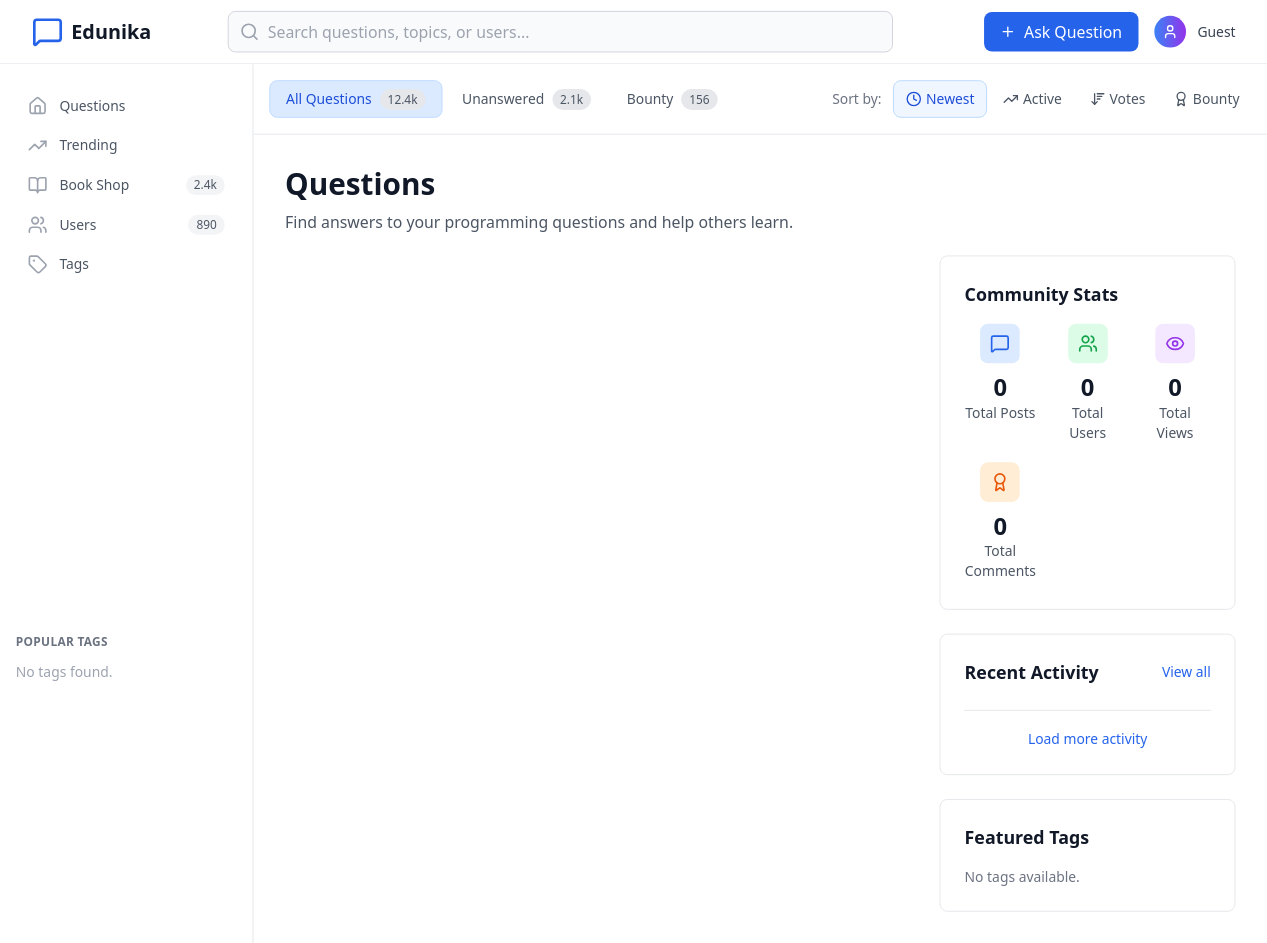
Repository: Ruddro420/forum-front-end
Page: /questions
An editor plug-in stored every save of this project. The page is shown before and after the next save, followed by the edit.
The browser window is 1280 px wide. The pictures show the whole page, at 99% of full size.
The page's requests for data from a server got no answer. The project was rebuilt for these pictures with package versions that can differ from the ones it lists, and the page was loaded fresh each time. No one was signed in, and anything a server would have sent is missing. Also part of the build but not shown: vite.config.js, src/Pages/Home.jsx, src/components/Question/QuestionCard.jsx, src/components/Question/AddQuestionSidebar.jsx, src/Pages/AskQuestion.jsx, src/Pages/ShopPage.jsx, src/Pages/QuestionDetail.jsx, src/Pages/ChatInterface.jsx and 6 more.

Above is the page before, as saved 2025-08-07 01:30:44.

### index.html
<!doctype html>
<html lang="en" data-theme="light">
  <head>
    <meta charset="UTF-8" />
    <link rel="icon" type="image/svg+xml" href="/vite.svg" />
    <meta name="viewport" content="width=device-width, initial-scale=1.0" />
    <title>Edunika</title>
  </head>
  <body>
    <div id="root"></div>
    <script type="module" src="/src/main.jsx"></script>
  </body>
</html>

### src/main.jsx
import { StrictMode } from 'react'
import { createRoot } from 'react-dom/client'
import './index.css'
import { createBrowserRouter, RouterProvider } from "react-router";
import MainLayout from './Layouts/MainLayout';
import Home from './Pages/Home';
import ForumPage from './Pages/ForumPage';
import AskQuestion from './Pages/AskQuestion';
import ShopPage from './Pages/ShopPage';
import QuestionDetail from './Pages/QuestionDetail';
import ChatInterface from './Pages/ChatInterface';
import StudentProfile from './Pages/StudentProfile';
import StudentDashboard from './Pages/StudentDashboard';
import Register from './Pages/Register';
import Login from './Pages/Login';
import PrivateRoute from './Auth/PrivateRoute';
import { AuthProvider } from './Auth/context/AuthContext';

const router = createBrowserRouter([
  {
    path: "",
    element: <MainLayout />,
    children: [
      { path: "/", element: <ForumPage /> },
      { path: "/questions", element: <ForumPage /> },
      { path: "/shop", element: <ShopPage /> },
    ]
  },
  {
    path: "",
    element: <PrivateRoute><MainLayout /></PrivateRoute>,
    children: [
      { path: "/ask-question", element: <AskQuestion /> },
      { path: "/question-detail/:id", element: <QuestionDetail /> },
      { path: "/chat/", element: <ChatInterface /> },
      { path: "/profile", element: <StudentProfile /> },
      { path: "/dashboard", element: <StudentDashboard /> },
    ]
  },
  { path: "/register", element: <Register /> },
  { path: "/login", element: <Login /> }
]);

createRoot(document.getElementById('root')).render(
  <StrictMode>
    <AuthProvider>
      <RouterProvider router={router} />
    </AuthProvider>
  </StrictMode>,
)

### src/index.css
@tailwind base;
@tailwind components;
@tailwind utilities;




/* :root {
  font-family: system-ui, Avenir, Helvetica, Arial, sans-serif;
  line-height: 1.5;
  font-weight: 400;

  color-scheme: light dark;
  color: rgba(255, 255, 255, 0.87);
  background-color: #242424;

  font-synthesis: none;
  text-rendering: optimizeLegibility;
  -webkit-font-smoothing: antialiased;
  -moz-osx-font-smoothing: grayscale;
}

@media (prefers-color-scheme: light) {
  :root {
    color: #213547;
    background-color: #ffffff;
  }
  a:hover {
    color: #747bff;
  }
  button {
    background-color: #f9f9f9;
  }
}
 */

### src/Layouts/MainLayout.jsx
import { useState } from "react";
import Header from "./Header";
import { Outlet } from "react-router";
import Sidebar from "./Sidebar";
import { Toaster } from "react-hot-toast";
import ScrollToTop from "../components/ScrollToTop";
import { useAuth } from "../Auth/context/AuthContext";


const MainLayout = () => {
  const [isSidebarOpen, setIsSidebarOpen] = useState(false);
  const { user, logout } = useAuth();

  return (
    <>
      <ScrollToTop />
      {/* {user ? (
        <>
          <span className="text-gray-700">Hi, {user.name}</span>
          <button
            onClick={logout}
            className="bg-red-500 text-white px-3 py-1 rounded hover:bg-red-600"
          >
            Logout
          </button>
        </>
      ) : (
        <a href="/login" className="text-blue-600">Login</a>
      )} */}
      <Header
        onMenuToggle={() => setIsSidebarOpen(!isSidebarOpen)}
        isMenuOpen={isSidebarOpen}
      />
      <div className="flex">
        <Sidebar
          isOpen={isSidebarOpen}
          onClose={() => setIsSidebarOpen(false)}
        />
        <main className="flex-1 lg:ml-0">
          <Outlet />
        </main>
      </div>
      <Toaster position='top-center' />
    </>
  );
};

export default MainLayout;

### src/Pages/ForumPage.jsx
import React, { useState } from "react";
import FilterBar from "../components/FilterBar";
import ActivityFeed from "../components/ActivityFeed";
import StatsWidget from "../components/StatsWidget";
import QuestionList from "../components/Question/QuestionList";
import { useAuth } from "../Auth/context/AuthContext";

const ForumPage = () => {
  const { posts, fetauredTag } = useAuth();
  const [currentPage, setCurrentPage] = useState(1);
  const postsPerPage = 4;

  const totalPages = Math.ceil(posts.length / postsPerPage);
  const paginatedPosts = posts.slice(
    (currentPage - 1) * postsPerPage,
    currentPage * postsPerPage
  );

  const tags = fetauredTag ? Object.keys(fetauredTag).slice(0, 9) : [];

  return (
    <>
      <FilterBar />
      <div className="mx-auto px-4 sm:px-6 lg:px-8 py-8">
        <div className="grid grid-cols-1 lg:grid-cols-3 gap-8">
          {/* Main Content */}
          <div className="lg:col-span-2">
            <div className="mb-6">
              <h1 className="text-3xl font-bold text-gray-900 mb-2">Questions</h1>
              <p className="text-gray-600">
                Find answers to your programming questions and help others learn.
              </p>
            </div>

            <QuestionList posts={paginatedPosts} />

            {/* Pagination */}
            <div className="mt-8 flex items-center justify-center space-x-2">
              {Array.from({ length: totalPages }, (_, i) => i + 1).map((page) => (
                <button
                  key={page}
                  onClick={() => setCurrentPage(page)}
                  className={`px-4 py-2 text-sm font-medium border rounded-lg ${
                    currentPage === page
                      ? "text-white bg-blue-600 border-blue-600"
                      : "text-gray-700 bg-white border-gray-300 hover:bg-gray-50"
                  }`}
                >
                  {page}
                </button>
              ))}

              {currentPage < totalPages && (
                <button
                  onClick={() => setCurrentPage((prev) => prev + 1)}
                  className="px-4 py-2 text-sm font-medium text-gray-700 bg-white border border-gray-300 rounded-lg hover:bg-gray-50"
                >
                  Next
                </button>
              )}
            </div>
          </div>

          {/* Sidebar Content */}
          <div className="space-y-6 mt-[90px]">
            <StatsWidget />
            <ActivityFeed />

            {/* Featured Tags */}
            <div className="bg-white rounded-lg border border-gray-200 p-6">
              <h3 className="text-lg font-semibold text-gray-900  mb-4">
                Featured Tags
              </h3>
              <div className="flex flex-wrap gap-2">
                {tags.length > 0 ? (
                  tags.map((tag) => (
                    <span
                      key={tag}
                      className="px-3 py-1 bg-blue-100 text-blue-800 rounded-lg text-sm font-medium cursor-pointer hover:bg-blue-200 transition-colors"
                    >
                      {tag}
                    </span>
                  ))
                ) : (
                  <span className="text-sm text-gray-500">
                    No tags available.
                  </span>
                )}
              </div>
            </div>
          </div>
        </div>
      </div>
    </>
  );
};

export default ForumPage;

### src/Auth/context/AuthContext.jsx
/* eslint-disable react-refresh/only-export-components */
import { createContext, useContext, useEffect, useState } from "react";
import { useNavigate } from "react-router";

const AuthContext = createContext(null);

export const AuthProvider = ({ children }) => {
    const [user, setUser] = useState(null);
    const [loading, setLoading] = useState(true);


    // Load user from sessionStorage on refresh
    useEffect(() => {
        fetchUser()

    }, []);



    const fetchUser = async () => {
        const userId = sessionStorage.getItem("userId");
        try {
            const res = await fetch(`${import.meta.env.VITE_SERVER_API}/me/${userId}`, {
                credentials: "include", // important if using cookies
            });
            // console.log("respose of me", res);
            if (!res.ok) throw new Error("Failed to fetch user");
            const data = await res.json();
            setUser(data);
        } catch (error) {
            console.error("Fetch user error:", error);
            setUser(null);
        } finally {
            setLoading(false);
        }
    };

    // Login using POST
    const login = async (email, password) => {
        try {
            const res = await fetch(`${import.meta.env.VITE_SERVER_API}/login`, {
                method: "POST",
                headers: {
                    "Content-Type": "application/json",
                },
                body: JSON.stringify({ email, password }),
            });

            const data = await res.json();
            console.log("logindata", data.user);
            // setUser(data.user);

            // If API returns a user id
            if (data?.user?.id) {
                sessionStorage.setItem("userId", data.user.id); // optional
                await fetchUser(); // ✅ no id needed
                return { success: true };
            } else {
                return { success: false, message: data?.message || "Invalid credentials" };
            }
        } catch (error) {
            console.error("Login error:", error);
            return { success: false, message: "Login failed" };
        }
    };

    // const navigate = useNavigate();

    const logout = () => {
        sessionStorage.removeItem("userId");
        setUser(null);
        window.location.reload();
    };

    const [posts, setPosts] = useState([])

    // fetch post data
    const fetchPost = async () => {
        //   const userId = sessionStorage.getItem("userId");
        try {
            const res = await fetch(`${import.meta.env.VITE_SERVER_API}/posts`);
            // console.log("respose of me",res);
            if (!res.ok) throw new Error("Failed to fetch user");
            const data = await res.json();
            setPosts(data.data);
        } catch (error) {
            console.error("Fetch user error:", error);
            // setUser(null);
        } finally {
            setLoading(false);
        }
    };

    // console.log(posts);

    useEffect(() => {
        fetchPost()
    }, [])

    console.log(posts);






    return (
        <AuthContext.Provider value={{ user, loading, login, logout, fetchUser,posts }}>
            {children}
        </AuthContext.Provider>
    );
};

export const useAuth = () => useContext(AuthContext);

### src/components/ScrollToTop.jsx
import { useEffect } from 'react';
import { useLocation } from 'react-router';

const ScrollToTop = () => {
  const { pathname } = useLocation();

  useEffect(() => {
    window.scrollTo({
      top: 0,
      behavior: 'smooth', // or 'auto' if you want instant scroll
    });
  }, [pathname]);

  return null;
};

export default ScrollToTop;

### src/components/FilterBar.jsx
import { Award, Calendar, Clock, Filter, SortDesc, TrendingUp } from "lucide-react";
import { useState } from "react";


const FilterBar = () => {
  const [activeFilter, setActiveFilter] = useState('newest');
  const [activeTab, setActiveTab] = useState('all');

  const filterOptions = [
    { id: 'newest', label: 'Newest', icon: Clock },
    { id: 'active', label: 'Active', icon: TrendingUp },
    { id: 'votes', label: 'Votes', icon: SortDesc },
    { id: 'bounty', label: 'Bounty', icon: Award },
  ];

  const tabs = [
    { id: 'all', label: 'All Questions', count: '12.4k' },
    { id: 'unanswered', label: 'Unanswered', count: '2.1k' },
    { id: 'bounty', label: 'Bounty', count: '156' },
  ];

  return (
    <div className="bg-white border-b border-gray-200 px-4 py-4">
      <div className="max-w-7xl mx-auto">
        {/* Tabs */}
        <div className="flex flex-wrap items-center justify-between">
          <div className="flex space-x-1">
            {tabs.map((tab) => (
              <button
                key={tab.id}
                onClick={() => setActiveTab(tab.id)}
                className={`px-4 py-2 text-sm font-medium rounded-lg transition-colors ${
                  activeTab === tab.id
                    ? 'bg-blue-100 text-blue-700 border border-blue-200'
                    : 'text-gray-600 hover:text-gray-900 hover:bg-gray-50'
                }`}
              >
                {tab.label}
                <span className="ml-2 text-xs bg-gray-200 text-gray-600 px-2 py-0.5 rounded-full">
                  {tab.count}
                </span>
              </button>
            ))}
          </div>

          <div className="flex items-center space-x-3">
            <span className="text-sm text-gray-500">Sort by:</span>
            <div className="flex space-x-1">
              {filterOptions.map((option) => (
                <button
                  key={option.id}
                  onClick={() => setActiveFilter(option.id)}
                  className={`flex items-center px-3 py-2 text-sm font-medium rounded-lg transition-colors ${
                    activeFilter === option.id
                      ? 'bg-blue-50 text-blue-700 border border-blue-200'
                      : 'text-gray-600 hover:text-gray-900 hover:bg-gray-50'
                  }`}
                >
                  <option.icon className="h-4 w-4 mr-1" />
                  {option.label}
                </button>
              ))}
            </div>
          </div>
        </div>

        {/* Active Filters */}
        {/* <div className="flex items-center justify-between">
          <div className="flex items-center space-x-4">
            <span className="text-sm text-gray-500">
              Showing 12,456 questions
            </span>
            <div className="flex items-center space-x-2">
              <Filter className="h-4 w-4 text-gray-400" />
              <span className="text-sm text-gray-600">
                Filtered by: JavaScript, React
              </span>
              <button className="text-sm text-blue-600 hover:text-blue-700">
                Clear filters
              </button>
            </div>
          </div>

          <button className="text-sm text-gray-600 hover:text-gray-900 flex items-center">
            <Calendar className="h-4 w-4 mr-1" />
            Last 30 days
          </button>
        </div> */}
      </div>
    </div>
  );
};

export default FilterBar;

### src/components/ActivityFeed.jsx
import React from 'react';
import { MessageSquare, Award, TrendingUp, Users, Clock, UserCircle } from 'lucide-react';
import { useAuth } from '../Auth/context/AuthContext';
import { format } from 'timeago.js';
import { NavLink } from 'react-router';

const ActivityFeed = () => {
  const { recentPost } = useAuth()

  return (
    <div className="bg-white rounded-lg border border-gray-200 p-6 ">
      <div className="flex items-center justify-between mb-4">
        <h3 className="text-lg font-semibold text-gray-900 ">
          Recent Activity
        </h3>
        <button className="text-sm text-blue-600 hover:text-blue-700 ">
          View all
        </button>
      </div>

      <div className="space-y-4">
        {recentPost?.map((post) => (
          <div key={post.id} className="flex items-start space-x-3">
            <div className="p-2 rounded-lg bg-blue-100 ">
              <MessageSquare className="h-4 w-4 text-blue-600 " />
            </div>
            <NavLink to={`/question-detail/${post.id}`} className="flex-1 min-w-0 cursor-pointer">
              <p className="text-sm text-gray-900  font-medium">
                {post.title}
              </p>
              <p className="text-xs text-gray-500 ">

                <span className="font-bold text-green-900 mr-2">
                  {post.category?.name || "N/A"}
                </span>
                ||
                <span className="font-bold text-orange-900 ml-2">
                   {post.sub_category?.name || "N/A"}
                </span>
              </p>
              <div className="flex items-center mt-1 text-xs text-gray-500">
                <UserCircle className="h-3 w-3 mr-1" />
                <span>{post.student?.name || "Admin"}</span>
                <span className="mx-1">•</span>
                <Clock className="h-3 w-3 mr-1" />
                {/* <span>{moment(post.created_at).fromNow()}</span> */}
                <span>{format(post.created_at)}</span>
              </div>
            </NavLink>
          </div>
        ))}
      </div>

      <div className="mt-6 pt-4 border-t border-gray-200">
        <button className="w-full text-center text-sm text-blue-600 hover:text-blue-700  font-medium">
          Load more activity
        </button>
      </div>
    </div>
  );
};

export default ActivityFeed;

### src/components/StatsWidget.jsx
import { Award, Eye, MessageSquare, Users } from "lucide-react";
import { useAuth } from "../Auth/context/AuthContext";

const StatsWidget = () => {
  const { stats } = useAuth();

  const statsData = [
    {
      label: "Total Posts",
      value: stats?.total_posts ?? 0,
      change: "+234",
      changeType: "increase",
      icon: MessageSquare,
      color: "text-blue-600",
      bgColor: "bg-blue-100",
    },
    {
      label: "Total Users",
      value: stats?.total_users ?? 0,
      change: "+156",
      changeType: "increase",
      icon: Users,
      color: "text-green-600",
      bgColor: "bg-green-100",
    },
    {
      label: "Total Views",
      value: stats?.total_views ?? 0,
      change: "+12%",
      changeType: "increase",
      icon: Eye,
      color: "text-purple-600",
      bgColor: "bg-purple-100",
    },
    {
      label: "Total Comments",
      value: stats?.total_comments ?? 0,
      change: "+45",
      changeType: "increase",
      icon: Award,
      color: "text-orange-600",
      bgColor: "bg-orange-100",
    },
  ];

  return (
    <div className="bg-white rounded-lg border border-gray-200 p-6 ">
      <h3 className="text-lg font-semibold text-gray-900  mb-4">
        Community Stats
      </h3>

      <div className="grid grid-cols-3 gap-4">
        {statsData.map((stat, index) => {
          const Icon = stat.icon;
          return (
            <div key={index} className="text-center">
              <div
                className={`inline-flex items-center justify-center w-10 h-10 rounded-lg ${stat.bgColor} mb-2`}
              >
                <Icon className={`h-5 w-5 ${stat.color}`} />
              </div>
              <div className="text-2xl font-bold text-gray-900 ">
                {stat.value}
              </div>
              <div className="text-sm text-gray-600  mb-1">
                {stat.label}
              </div>
              {/* <div className="text-xs text-green-600 font-medium">
                {stat.change} this week
              </div> */}
            </div>
          );
        })}
      </div>
    </div>
  );
};

export default StatsWidget;

### src/components/Question/QuestionList.jsx
// import questions from '../../../public/data/questions.json'
import { useAuth } from '../../Auth/context/AuthContext';
import QuestionCard from './QuestionCard';

const QuestionList = () => {
const {posts} = useAuth();
console.log(posts);


  return (
    <div className="space-y-4">
      {posts?.map((question) => (
        <QuestionCard key={question.id} question = {question} />
      ))}
    </div>
  );
};

export default QuestionList;

Loaded but not shown: tailwind.config.js (common file); src/Layouts/Sidebar.jsx (138 lines, source omitted); src/Layouts/Header.jsx (77 lines, source omitted)

After the next save:
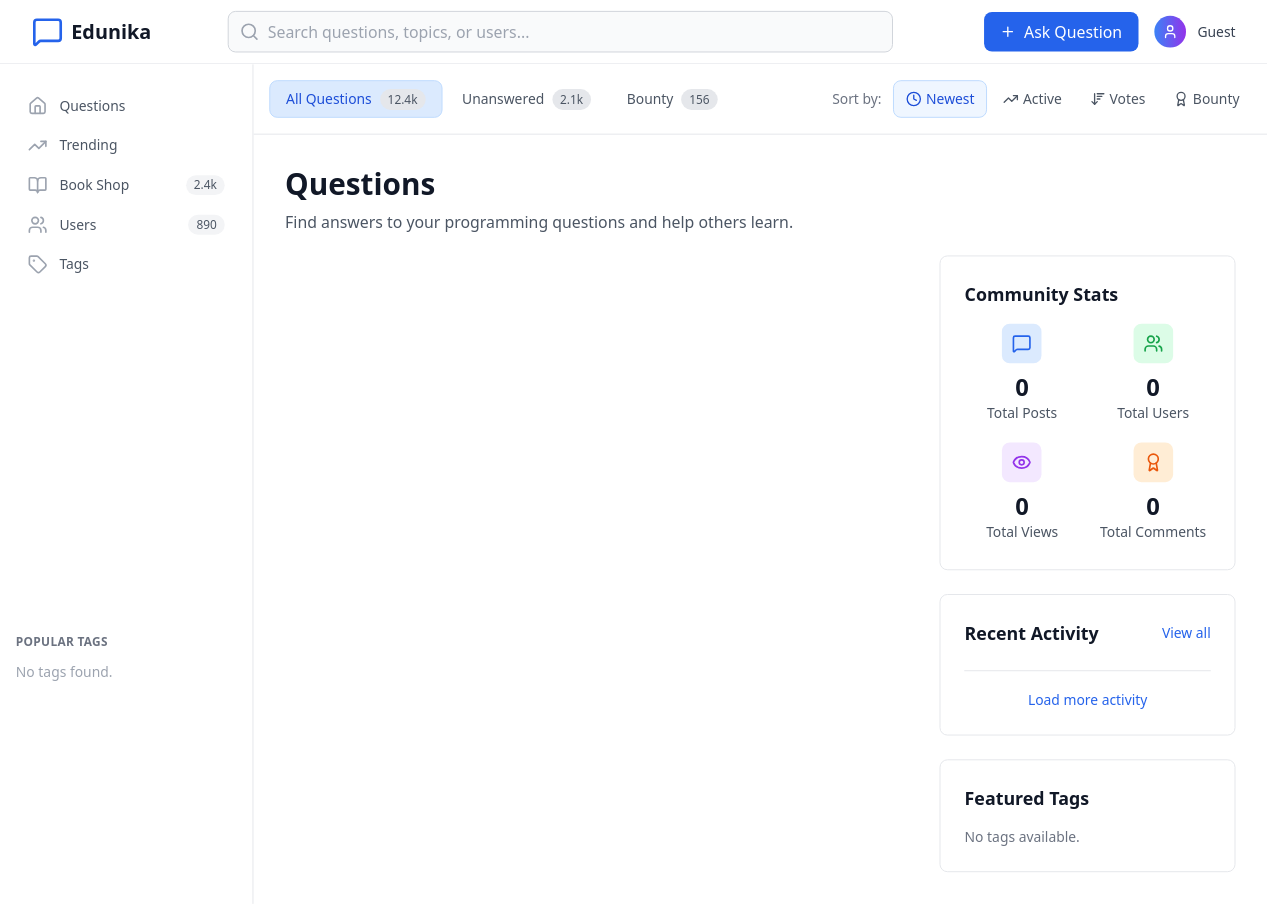
Saved 6 s later.
--- a/src/components/StatsWidget.jsx
+++ b/src/components/StatsWidget.jsx
@@ -49,7 +49,7 @@ const StatsWidget = () => {
         Community Stats
       </h3>
 
-      <div className="grid grid-cols-3 gap-4">
+      <div className="grid grid-cols-2 gap-4">
         {statsData.map((stat, index) => {
           const Icon = stat.icon;
           return (
